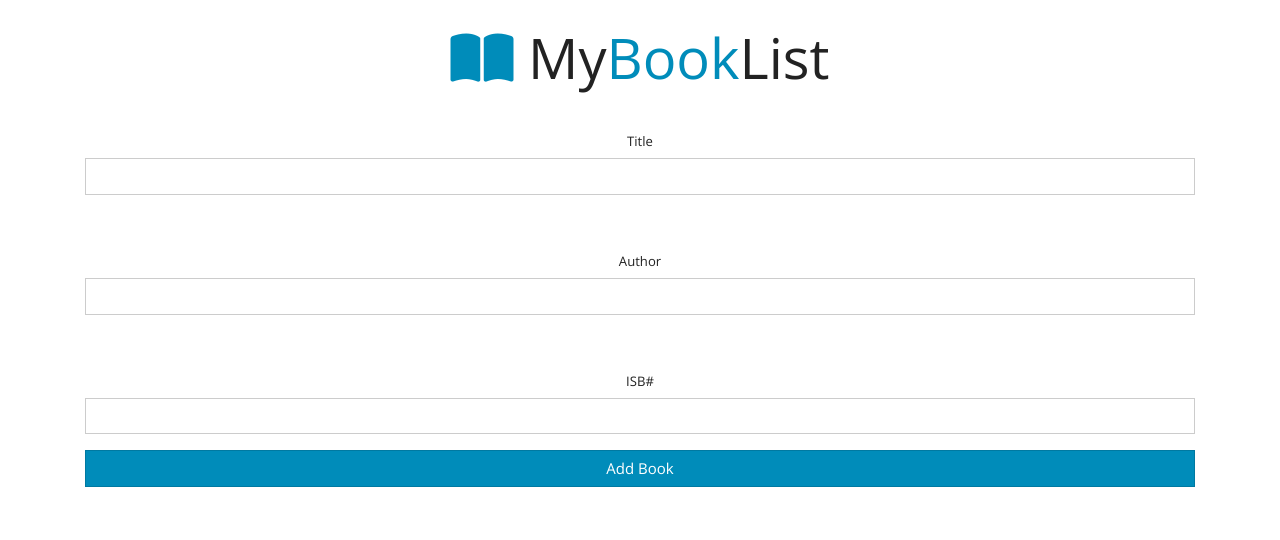
Repository: muhyilmaz/jsMyBookListPrj
Page: index.html
An editor plug-in stored every save of this project. The page is shown before and after the next save, followed by the edit.
The browser window is 1280 px wide. The pictures show the whole page.
Some web libraries are served in a nearby version.

Above is the page before, as saved 2020-06-21 16:18:34.

After the next save:
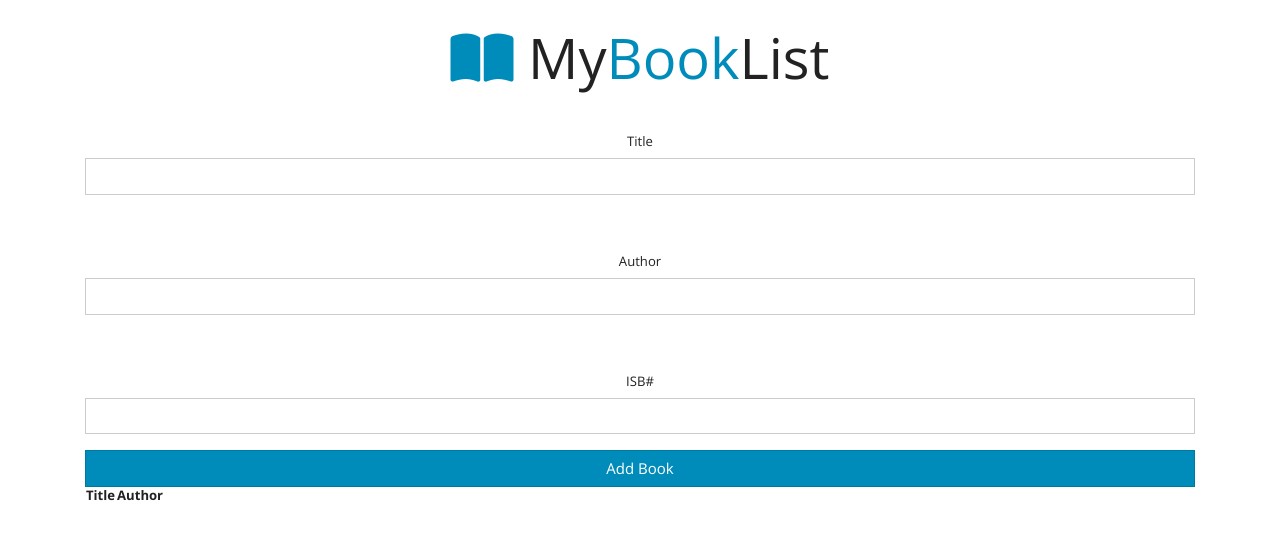
Saved 17 s later.
--- a/index.html
+++ b/index.html
@@ -36,7 +36,12 @@
             </form>
 
             <table>
-                <thead></thead>
+                <thead>
+                    <tr>
+                        <th>Title</th>
+                        <th>Author</th>
+                    </tr>
+                </thead>
             </table>
         </h1>
 
